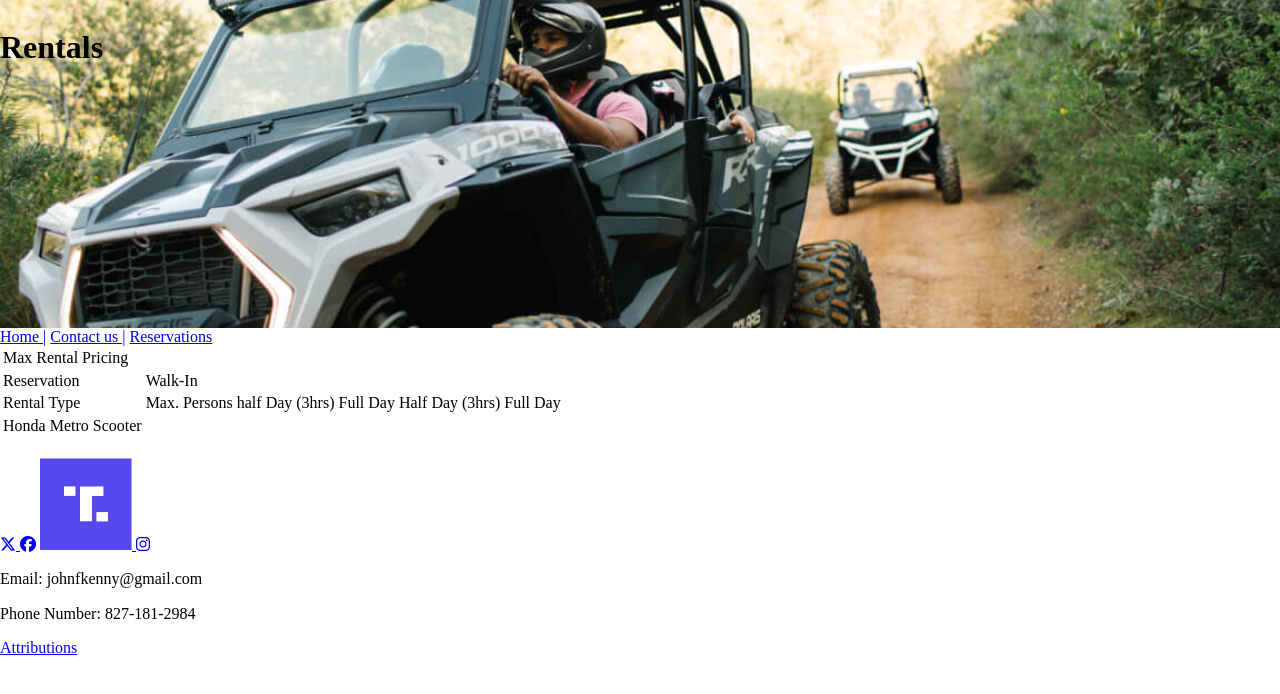
Repository: nak97/WDD230
Page: scoots/rentals-page/rentals-page.html
An editor plug-in stored every save of this project. The page is shown before and after the next save, followed by the edit.
The browser window is 1280 px wide. The pictures show the whole page.
Some web libraries are served in a nearby version.

Above is the page before, as saved 2023-12-11 12:35:21.

After the next save:
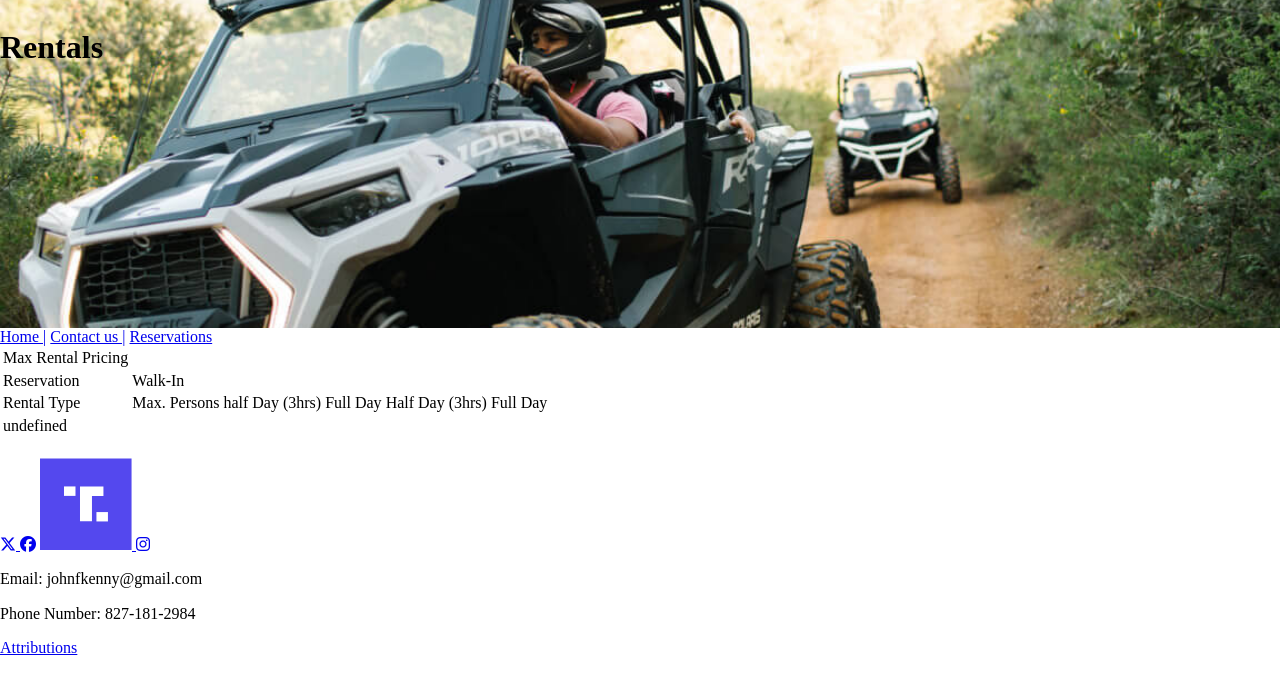
Saved 113 s later.
--- a/scoots/rentals-page/scripts/pricing.js
+++ b/scoots/rentals-page/scripts/pricing.js
@@ -6,6 +6,6 @@ async function getPrice() {
 
  var half = data.reservation[0].type;
 
- document.getElementById('price-half-metro').innerText = data.reservation[0].type;
+ document.getElementById('price-half-metro').innerText = data.reservation[0].half_Day;
 }
 getPrice();
